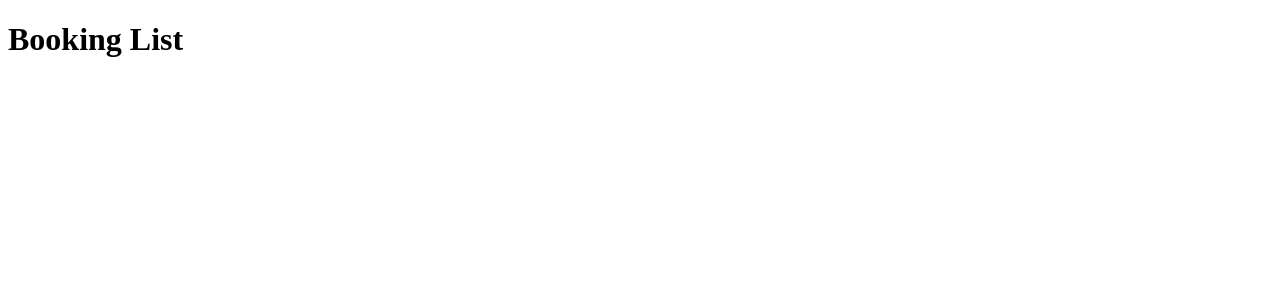
Repository: lucidcoding/CampervibeJava
Page: http://localhost/Campervibe/booking
The author's editor kept a copy of each file at every save. The page is drawn from the files as they stood at one save, then again after the next save.
The browser window is 1280 px wide. The pictures show the whole page.
The page is served by Tomcat 9.

Above is the page before, as saved 2015-11-29 15:32:00.

After the next save:
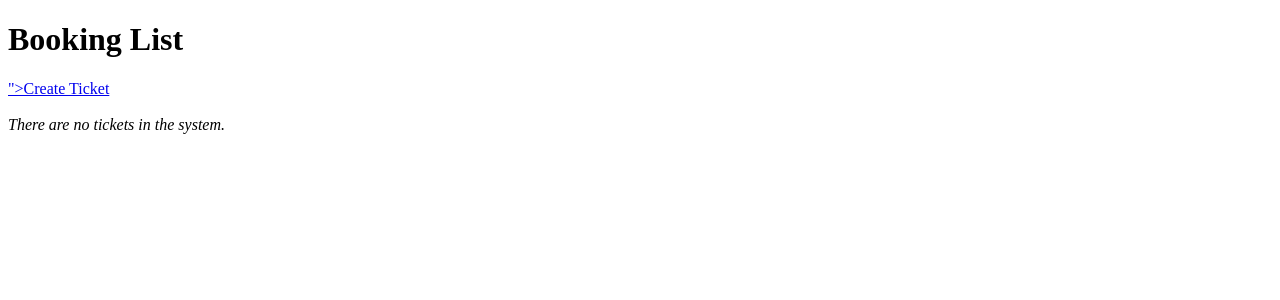
Saved 11 min 45 s later.
--- a/Campervibe/WebContent/WEB-INF/jsp/view/listBookings.jsp
+++ b/Campervibe/WebContent/WEB-INF/jsp/view/listBookings.jsp
@@ -1,6 +1,7 @@
 <%@ page session="false" %>
 <%@ page import="java.util.Map, java.util.UUID" %>
 <%@ page import="uk.co.luciditysoftware.campervibe.domain.entities.Booking" %>
+
 <%
     @SuppressWarnings("unchecked")
     Map<UUID, Booking> bookingDatabase =
@@ -14,5 +15,29 @@
 </head>
 <body>
 	<h1>Booking List</h1>
+
+	<a href="<c:url value="/tickets">
+            <c:param name="action" value="create" />
+        </c:url>">Create Ticket</a><br /><br />
+        <%
+            if(bookingDatabase.size() == 0)
+            {
+                %><i>There are no tickets in the system.</i><%
+            }
+            else
+            {
+                for(UUID id : bookingDatabase.keySet())
+                {
+                    String idString = id.toString();
+                    Booking booking = bookingDatabase.get(id);
+                    %>Ticket #<%= idString %>: <a href="<c:url value="/tickets">
+                        <c:param name="action" value="view" />
+                        <c:param name="bookingId" value="<%= idString %>" />
+                    </c:url>"><%= booking.getBookingNumber() %>
+                    </a><br /><%
+                }
+            }
+        %>
+
 </body>
 </html>
